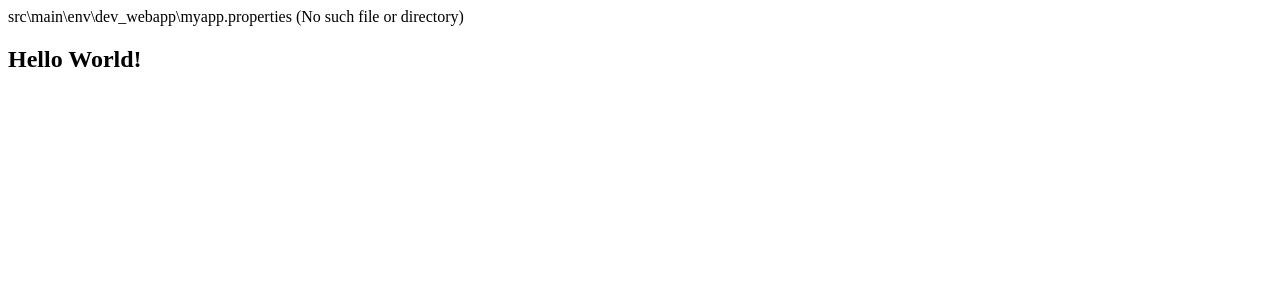
Repository: jaiswalshivam124/first-repo
Page: http://localhost/ideMaven4/
An editor plug-in stored every save of this project. The page is shown before and after the next save, followed by the edit.
The browser window is 1280 px wide. The pictures show the whole page.
The page is served by Tomcat 9.

Above is the page before, as saved 2020-08-22 17:48:10.

After the next save:
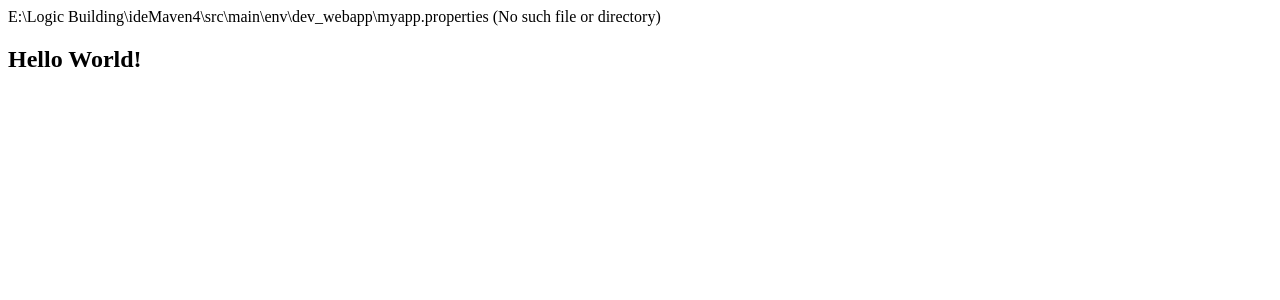
Saved 27 s later.
--- a/Logic Building/ideMaven4/src/main/webapp/index.jsp
+++ b/Logic Building/ideMaven4/src/main/webapp/index.jsp
@@ -6,7 +6,7 @@
 <%
 try
 {
-    FileInputStream fis = new FileInputStream("src\\main\\env\\dev_webapp\\myapp.properties");
+    FileInputStream fis = new FileInputStream("E:\\Logic Building\\ideMaven4\\src\\main\\env\\dev_webapp\\myapp.properties");
     Properties p = new Properties();
     p.load(fis);
     String LogFileName = p.getProperty("msg");
